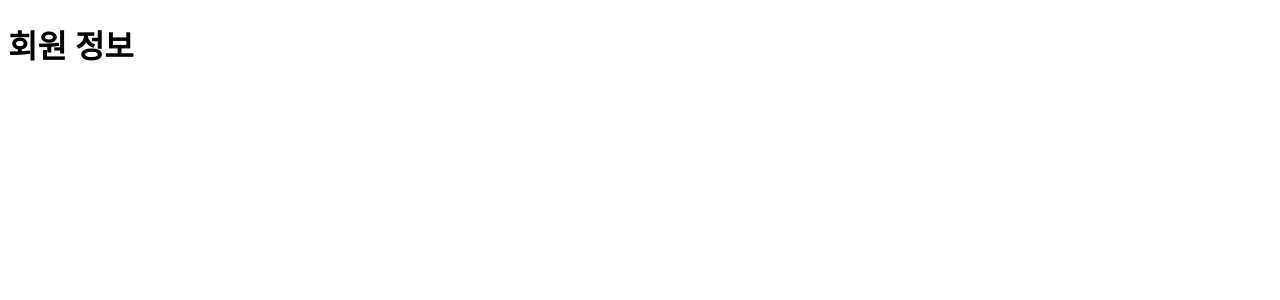
Repository: jsunnypi/JSP
Page: http://localhost/Test/inputlist.jsp
An editor plug-in stored every save of this project. The page is shown before and after the next save, followed by the edit.
The browser window is 1280 px wide. The pictures show the whole page.
The page is served by Tomcat 9.

Above is the page before, as saved 2024-11-14 05:15:47.

After the next save:
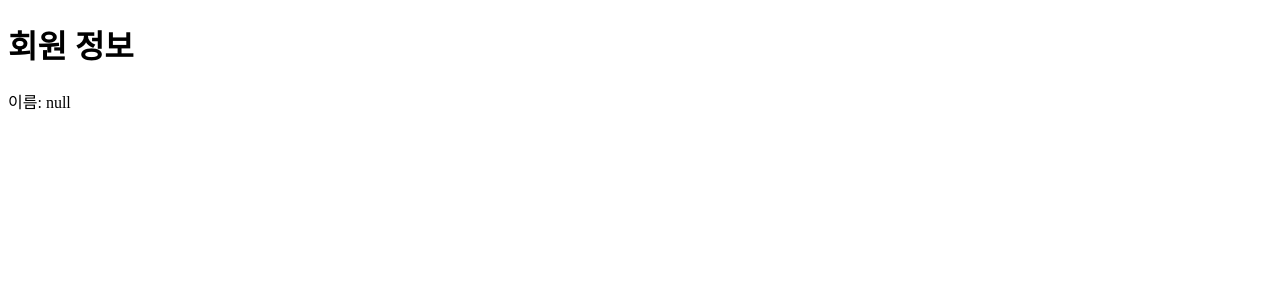
Saved 2 min 42 s later.
--- a/Test/src/main/webapp/inputlist.jsp
+++ b/Test/src/main/webapp/inputlist.jsp
@@ -10,6 +10,9 @@
 	<h1>회원 정보</h1>
 	<%
 		request.setCharacterEncoding("UTF-8");
+
+		String name = request.getParameter("name");
+		out.print("이름: " + name);
 	%>
 </body>
 </html>
